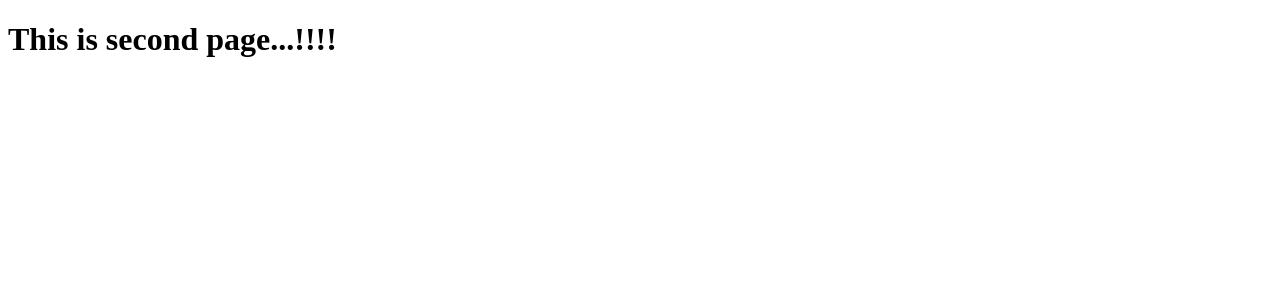
Repository: vinodh1988/SpringSecurity
Page: http://localhost/FirstAPP/second.jsp
These files come from the project's save history. The page is drawn as it stood at one moment and after the next save; the edit follows.
The browser window is 1280 px wide. The pictures show the whole page.
The page is served by Tomcat 9.

Above is the page before, as saved 2018-09-15 14:10:06.

After the next save:
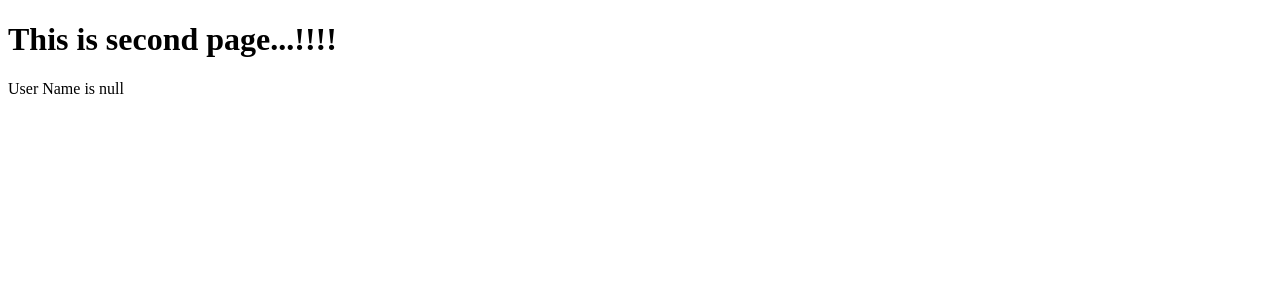
Saved 2 min 8 s later.
--- a/FirstAPP/WebContent/second.jsp
+++ b/FirstAPP/WebContent/second.jsp
@@ -8,5 +8,9 @@
 </head>
 <body>
   <h1>This is second page...!!!!</h1>
+
+  <%
+    out.println("User Name is "+request.getParameter("user"));
+  %>
 </body>
 </html>
